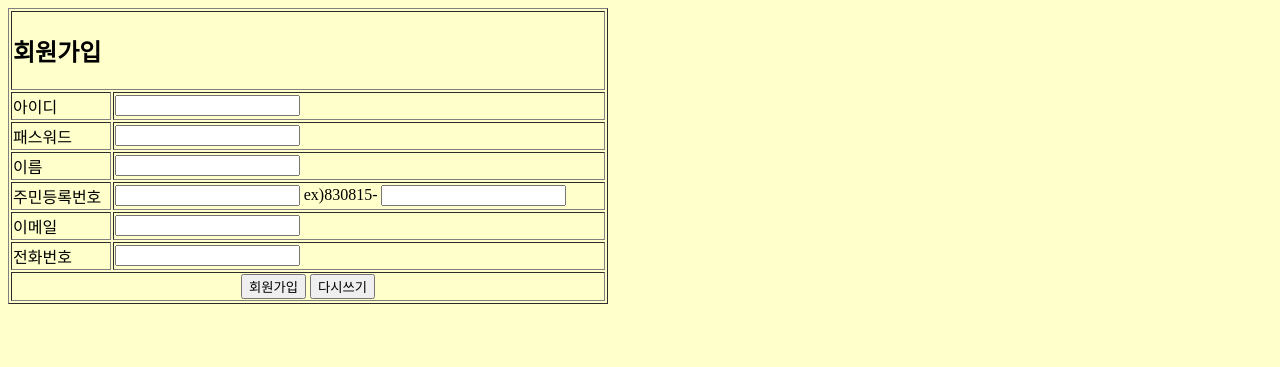
Repository: Chaelin02/2-_JSP
Page: http://localhost/BasicJSP/jdbc07/member_2312.jsp
The author's editor kept a copy of each file at every save. The page is drawn from the files as they stood at one save, then again after the next save.
The browser window is 1280 px wide. The pictures show the whole page.
The page is served by Tomcat 9. Other server files are loaded and not shown.

Above is the page before, as saved 2019-06-24 02:02:37.

### BasicJSP/WebContent/jdbc07/member_2312.jsp
<%@ page language="java" contentType="text/html; charset=UTF-8"
    pageEncoding="UTF-8"%>
<!DOCTYPE html>
<html>
<head>
<meta charset="UTF-8">
<title>Insert title here</title>
</head>
<body bgcolor="#ffffcc">
<table border='1' width=600>
	<td colspan=2>
		<h2>회원가입</h2>
	</td>
	<tr>
		<td>아이디</td>
		<td><input type="text"  name="id" width="20%"></td>

	</tr>
	<tr>
		<td>패스워드 </td>
		<td><input type="password" name="password"></td>

	</tr>
	<tr>
		<td>이름</td>
		<td> <input type="text" name="name"></td>

	</tr>
	<tr>
		<td>주민등록번호</td>
		<td><input type="text" name="num1"> ex)830815- <input type="text" name="num2"></td>

	</tr>
	<tr>
		<td>이메일 </td>
		<td><input type="text" name="email"></td>

	</tr>
	<tr>
		<td>전화번호</td>
		<td><input type="text" name="birthday"></td>

	</tr>
<tr width=300>
	<td colspan=3>
	<center>
		<input type = "submit" value="회원가입">
		<input type = "reset" value="다시쓰기">
	</center>
	</td>

</table>

</body>
</html>

After the next save:
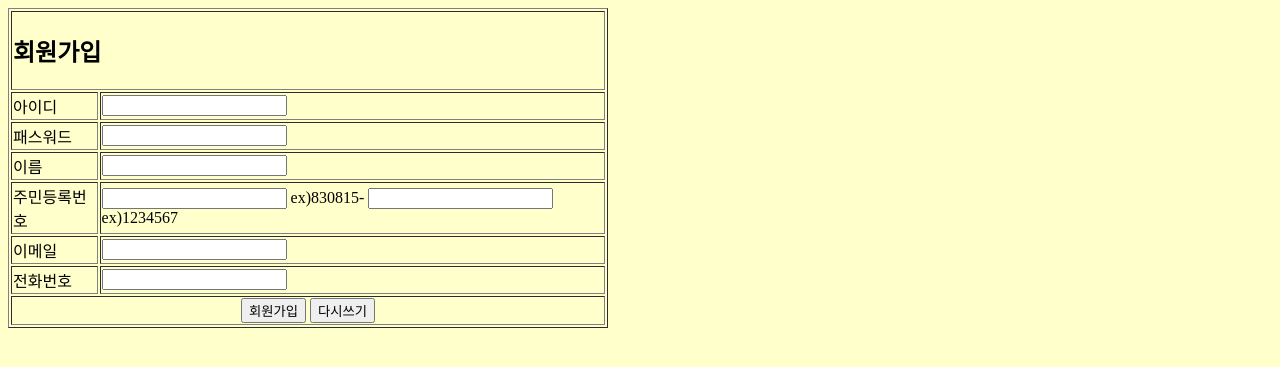
Saved 9 s later.
--- a/BasicJSP/WebContent/jdbc07/member_2312.jsp
+++ b/BasicJSP/WebContent/jdbc07/member_2312.jsp
@@ -28,7 +28,7 @@
 	</tr>
 	<tr>
 		<td>주민등록번호</td>
-		<td><input type="text" name="num1"> ex)830815- <input type="text" name="num2"></td>
+		<td><input type="text" name="num1"> ex)830815- <input type="text" name="num2">ex)1234567</td>
 
 	</tr>
 	<tr>
